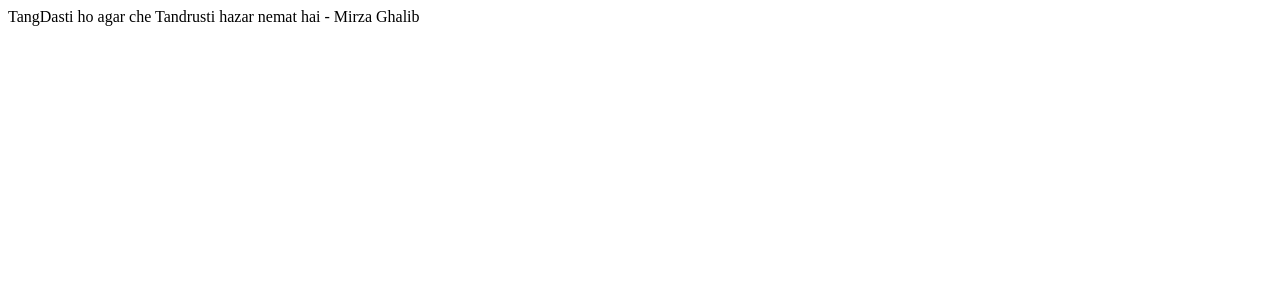
Repository: aache/alhayat
Page: http://localhost/shayri.php
The author's editor kept a copy of each file at every save. The page is drawn from the files as they stood at one save, then again after the next save.
The browser window is 1280 px wide. The pictures show the whole page.
The page is run by PHP 8.4 with error messages shown; the project is at /var/www/html/.

Above is the page before, as saved 2019-04-24 20:19:10.

After the next save:
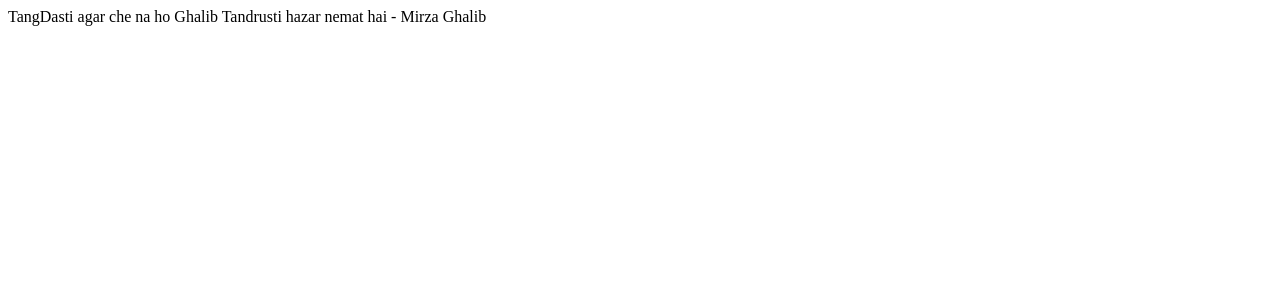
Saved 3 min 20 s later.
--- a/shayri.php
+++ b/shayri.php
@@ -1,5 +1,5 @@
 <nav class="navbar navbar-expand-lg navbar-dark bg-dark ftco-navbar-light" id="ftco-navbar">
 	    <div class="container d-flex align-items-center">
-			   TangDasti ho agar che Tandrusti hazar nemat hai - Mirza Ghalib
+			   TangDasti agar che na ho Ghalib Tandrusti hazar nemat hai - Mirza Ghalib
 	    </div>
 </nav>
